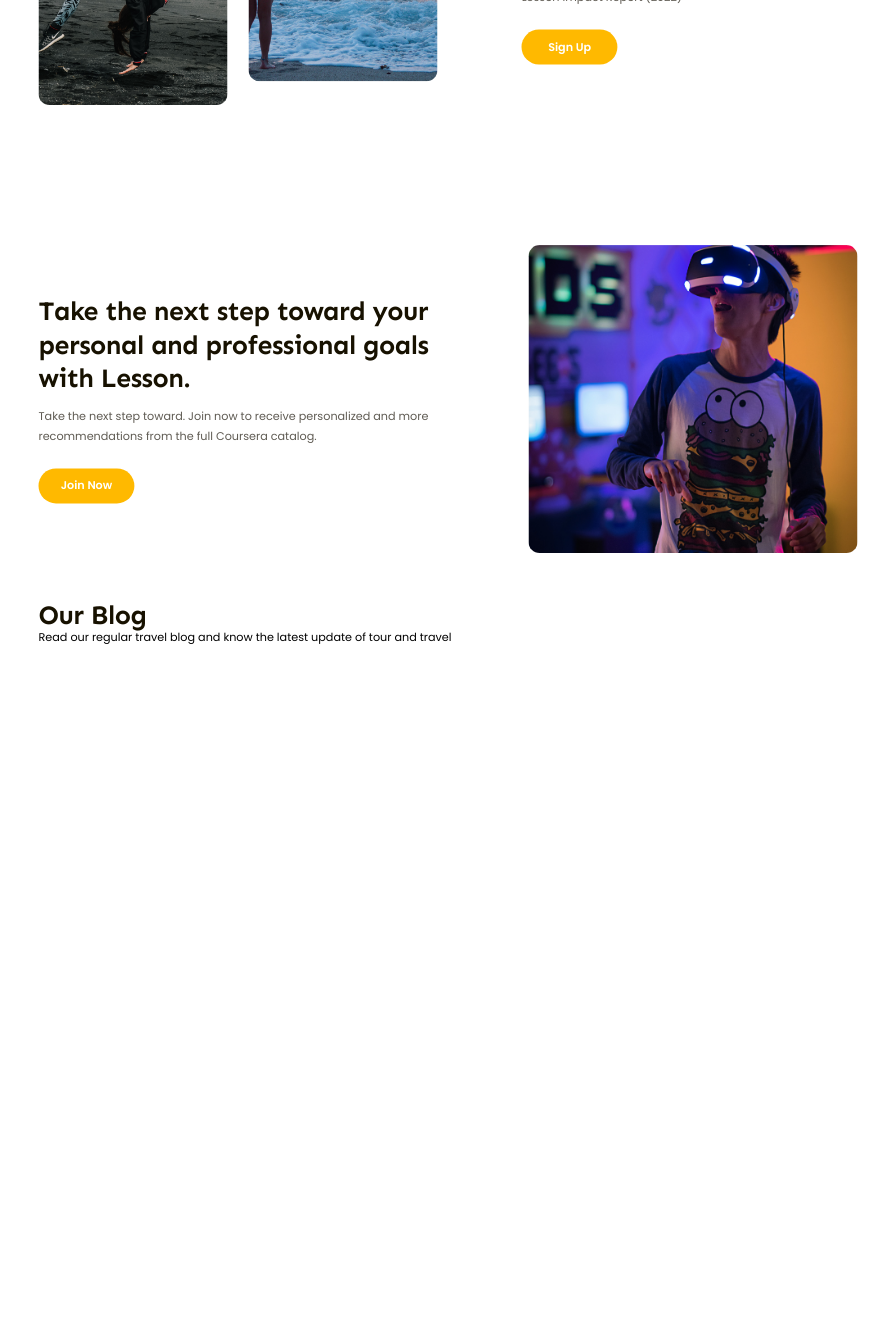
Repository: ynguyen1512/htmlcss-project-02
Page: index.html
These files come from the project's save history. The page is drawn as it stood at one moment and after the next save; the edit follows.
The browser window is 1280 px wide. The pictures show the part of the page from y = 2813 to 4733 px (the page is 5000 px tall), at 70% of full size.
A picture or video elsewhere on the page could not be fetched, so the positions and the page height are approximate.

Above is the page before, as saved 2023-03-08 23:52:57.

After the next save:
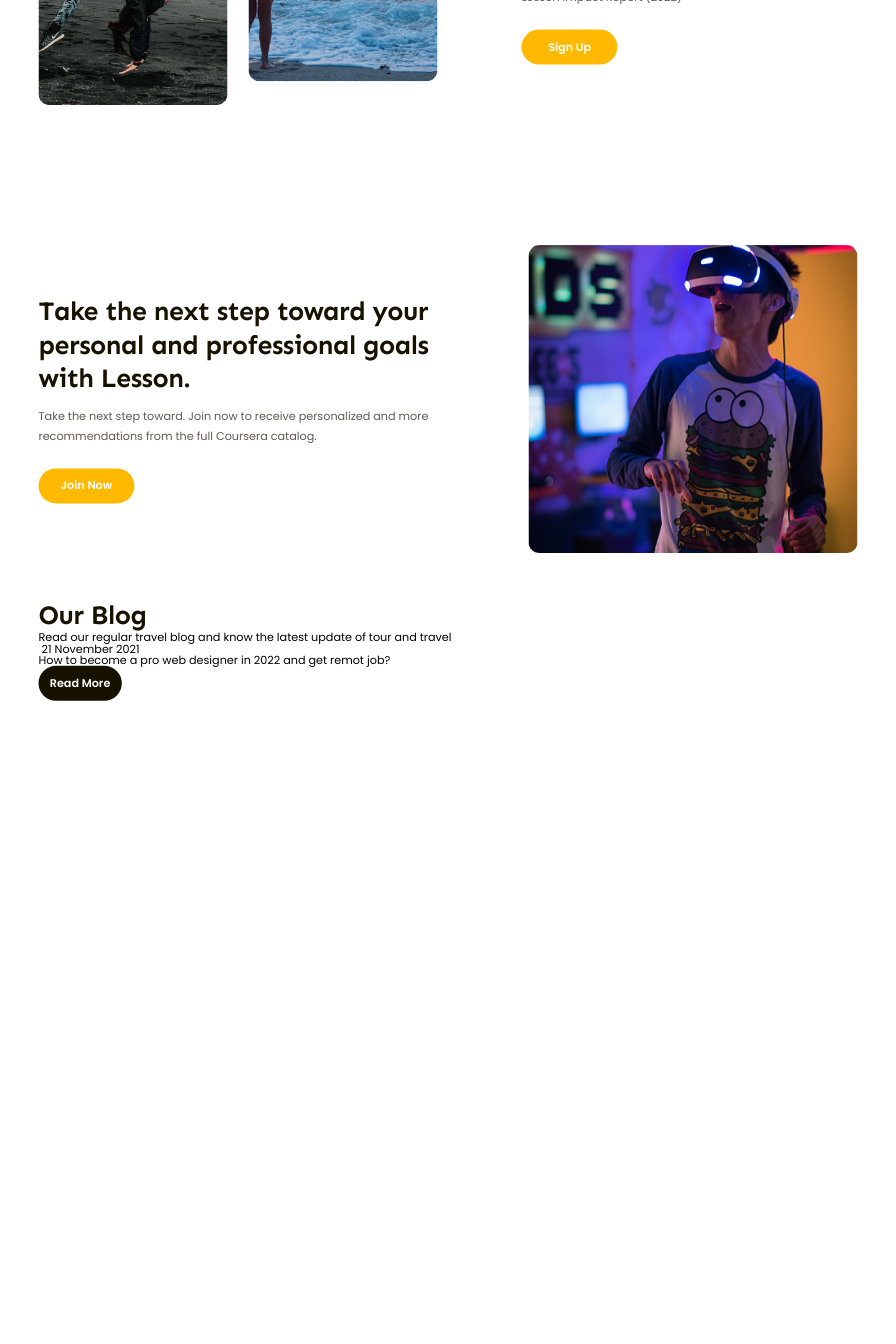
Saved 21 s later.
--- a/index.html
+++ b/index.html
@@ -412,9 +412,9 @@
                 <div class="blog-list">
                     <div class="item">
                         <img src="" alt="" class="thumb">
-                        <span class="date"></span>
-                        <h3 class="title"></h3>
-                        <a href="" class="btn"></a>
+                        <span class="date">21 November 2021</span>
+                        <h3 class="title">How to become a pro web designer in 2022 and get remot job?</h3>
+                        <a href="" class="btn">Read More</a>
                     </div>
                 </div>
             </div>
